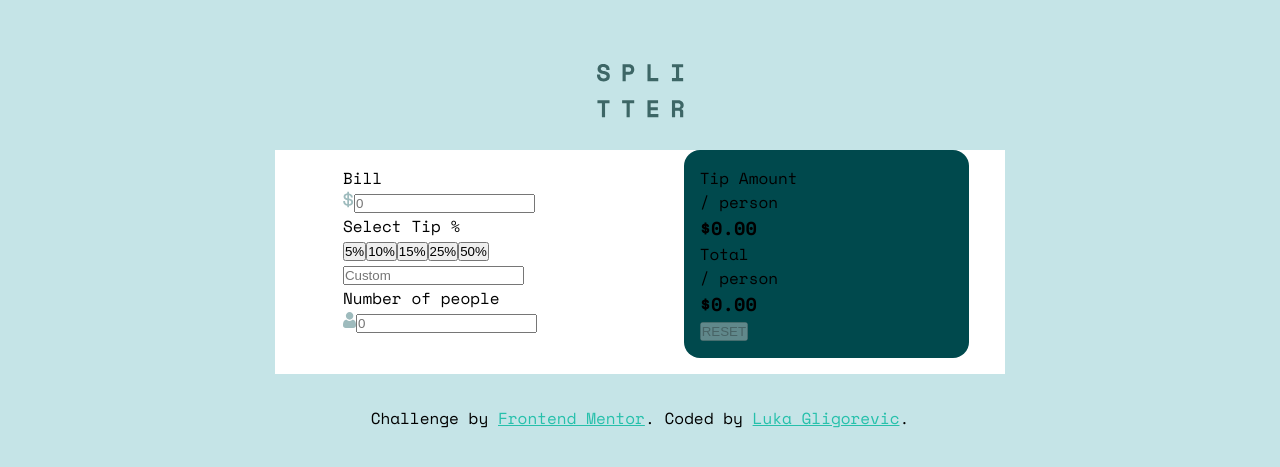
Repository: gligor99/tip-fmentor
Page: /
An editor plug-in stored every save of this project. The page is shown before and after the next save, followed by the edit.
The browser window is 1280 px wide. The pictures show the whole page.
The project was rebuilt for these pictures with package versions that can differ from the ones it lists, and the page was loaded fresh each time.

Above is the page before, as saved 2021-11-27 17:45:10.

### src/index.css
@import url("https://fonts.googleapis.com/css2?family=Space+Mono:wght@400;700&display=swap");

:root {
  --clr-primary: hsl(172, 67%, 45%);
  --clr-dark-cyan: hsl(183, 100%, 15%);
  --clr-dark-grayish-cyan: hsl(186, 14%, 43%);
  --clr-dark-grayish-cyan2: hsl(184, 14%, 56%);
  --clr-light-grayish-cyan: hsl(185, 41%, 84%);
  --clr-light-grayish-cyan2: hsl(189, 41%, 97%);
  --clr-white: hsl(0, 0%, 100%);
}

*,
::after,
::before {
  margin: 0;
  padding: 0;
  box-sizing: border-box;
}
body {
  font-family: "Space Mono", sans-serif;
  background: var(--clr-light-grayish-cyan);
  color: var(--clr-grey-1);
  line-height: 1.5;
  font-size: 1rem;
}

.App {
  display: flex;
  flex-direction: column;
  justify-content: center;
  padding: 2rem;
  max-height: 100vh;
}

.logo {
  display: flex;
  justify-content: center;
  padding: 2rem;
}

.attribution {
  font-size: 1rem;
  text-align: center;
  padding: 2rem;
}
.attribution a {
  color: var(--clr-primary);
}

.container {
  display: flex;
  justify-content: space-around;
  background-color: var(--clr-white);
  width: 60%;
  margin: auto;
  padding: 0 0 1rem 1rem;
}
.left-side {
  width: 40%;
  padding: 1rem;
}

.right-side {
  background-color: var(--clr-dark-cyan);
  width: 40%;
  border-radius: 1rem;
  padding: 1rem;
}

### src/App.tsx
import Footer from "./components/Footer";
import logo from "./assets/logo.svg";
import Tipper from "./components/Tipper";
import { useState } from "react";

function App() {
  const [bill, setBill] = useState(0)
  const [people, setPeople] = useState(0)
  const [total, setTotal] = useState(0)


  return (
    <div className="App">
      <div className="logo">
        <img src={logo} alt="logo" />
      </div>
      <Tipper />
      <Footer name="Luka Gligorevic" />
    </div>
  );
}

export default App;

### src/components/Footer.tsx
type Props = {
  name: String;
};

const Footer: React.FC<Props> = ({ name }) => {
  return (
    <div className="attribution">
      Challenge by{" "}
      <a
        href="https://www.frontendmentor.io?ref=challenge"
        target="_blank"
        rel="noreferrer"
      >
        Frontend Mentor
      </a>
      . Coded by <a href="https://github.com/gligor99">{name}</a>.
    </div>
  );
};

export default Footer;

### src/components/Tipper.tsx
import iconDollar from "../assets/icon-dollar.svg";
import iconPeople from "../assets/icon-person.svg";

const Tipper = () => {
  return (
    <section className="wrapper">
      <section className="container">
        <div className="left-side">
          <form>
            <label htmlFor="bill">Bill</label>
            <div className="input-div">
              <img className="input-icon" src={iconDollar} alt="dollarIcon" />
              <input type="number" placeholder="0" />
            </div>
            <label htmlFor="select-tip">Select Tip %</label>
            <div className="buttons">
              <button className="percentage-btn" data-value="5">
                5%
              </button>
              <button className="percentage-btn" data-value="5">
                10%
              </button>
              <button className="percentage-btn" data-value="5">
                15%
              </button>
              <button className="percentage-btn" data-value="5">
                25%
              </button>
              <button className="percentage-btn" data-value="5">
                50%
              </button>
              <input
                type="number"
                placeholder="Custom"
                className="custom-tip"
              />
            </div>
            <label htmlFor="no-of-people">Number of people</label>
            <div className="input-div">
              <img className="input-icon" src={iconPeople} alt="personIcon" />
              <input type="number" placeholder="0" />
            </div>
          </form>
        </div>
        <div className="right-side">
          <div className="results-tip">
            <div className="results-text">
              <p className="results-label">Tip Amount</p>
              <p className="per-person">/ person</p>
            </div>
            <div className="tip-result">
              <h1 id="tip-result">$0.00</h1>
            </div>
          </div>
          <div className="results-total">
            <div className="results-text">
              <p className="results-label">Total</p>
              <p className="per-person">/ person</p>
            </div>
            <div className="total-result">
              <h1 id="total-result">$0.00</h1>
            </div>
          </div>
          <button className="reset-btn" type="reset" disabled>
            RESET
          </button>
        </div>
      </section>
    </section>
  );
};

export default Tipper;

Loaded but not shown: public/index.html (common file); src/index.tsx (common file)

After the next save:
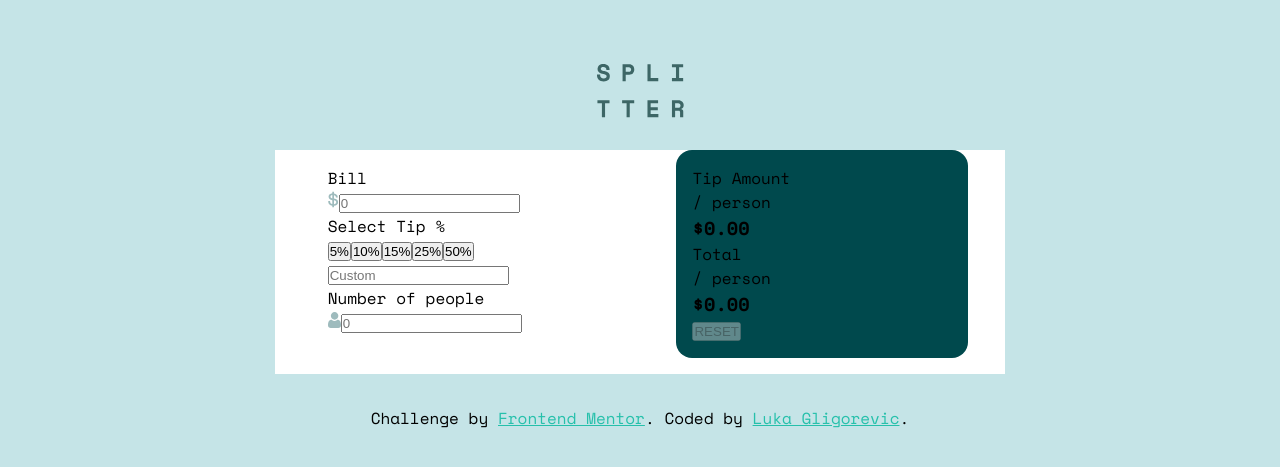
Saved 6 s later.
--- a/src/index.css
+++ b/src/index.css
@@ -54,7 +54,7 @@ body {
   background-color: var(--clr-white);
   width: 60%;
   margin: auto;
-  padding: 0 0 1rem 1rem;
+  padding: 0 0 1rem;
 }
 .left-side {
   width: 40%;
